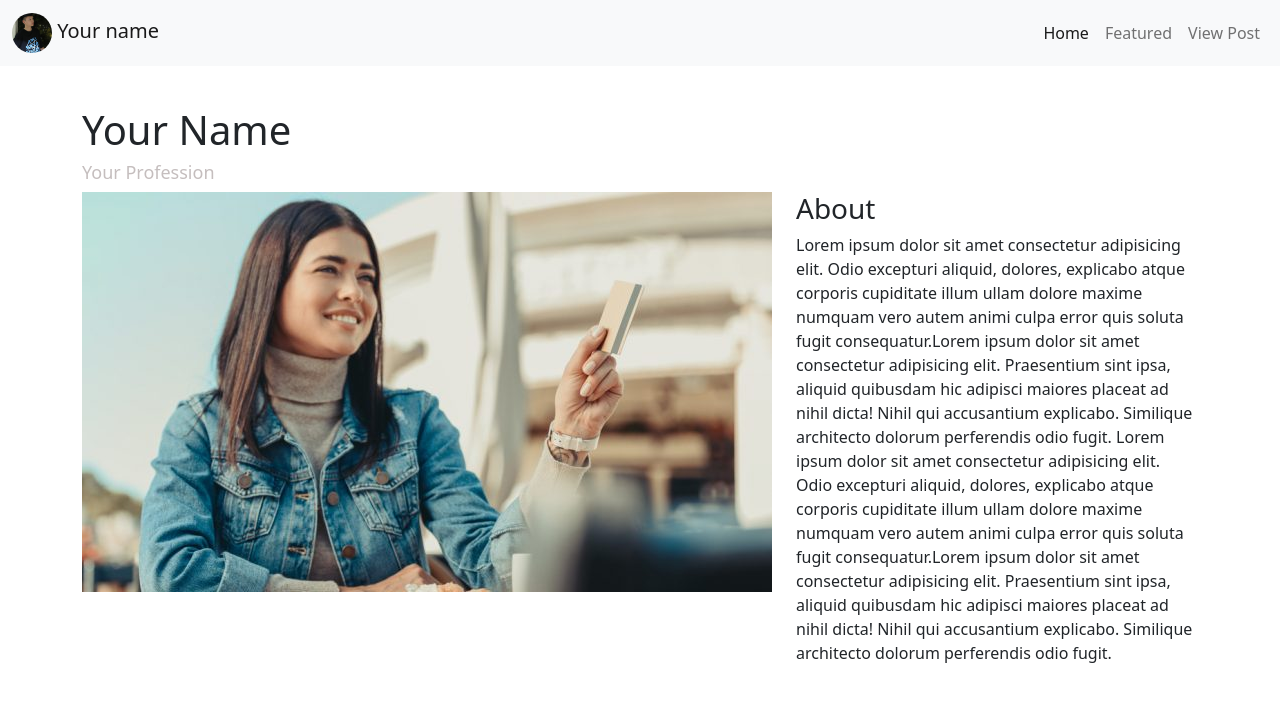
Repository: nvt01/72_1951061106_NgoVanTung
Page: BaiTh1/index.html
An editor plug-in stored every save of this project. The page is shown before and after the next save, followed by the edit.
The browser window is 1280 px wide. The pictures show the whole page.

Above is the page before, as saved 2021-11-30 22:09:17.

### BaiTh1/index.html
<!DOCTYPE html>
<html lang="en">
<head>
    <meta charset="UTF-8">
    <meta http-equiv="X-UA-Compatible" content="IE=edge">
    <meta name="viewport" content="width=device-width, initial-scale=1.0">
    <title>Blog</title>
    <link rel="stylesheet" href="style.css">
    <!-- CSS only -->
    <link href="https://cdn.jsdelivr.net/npm/bootstrap@5.1.3/dist/css/bootstrap.min.css" rel="stylesheet" integrity="sha384-1BmE4kWBq78iYhFldvKuhfTAU6auU8tT94WrHftjDbrCEXSU1oBoqyl2QvZ6jIW3" crossorigin="anonymous">
</head>
<body>
    <div class="menu">
        <nav class="navbar navbar-expand-lg navbar-light bg-light">
            <div class="container-fluid">
                <a class="navbar-brand" href="#">
                    <img class="nav-img" src="./img/avatar.JPG" alt="">
                    Your name
                </a>
                <button class="navbar-toggler" type="button" data-bs-toggle="collapse" data-bs-target="#navbarSupportedContent" aria-controls="navbarSupportedContent" aria-expanded="false" aria-label="Toggle navigation">
                    <span class="navbar-toggler-icon"></span>
                </button>
                <div class=" collapse navbar-collapse" id="navbarSupportedContent">
                    <ul class="navbar-nav me-auto mb-2 mb-lg-0">
                        <li class="nav-item">
                            <a class="nav-link active" aria-current="page" href="#">Home</a>
                        </li>
                        <li class="nav-item">
                            <a class="nav-link" href="#">Featured</a>
                        </li>
                        <li class="nav-item">
                            <a class="nav-link" href="#">View Post</a>
                        </li>
                    </ul>
                </div>
            </div>
        </nav>
    </div>
    <div class="container">
        <div class="row">
            <h1 class="h1">Your Name</h1>
            <h3 class="h3">Your Profession</h3>
            <div class="col">
                <img src="./img/img1.jpeg" alt="">
            </div>
            <div class="col">
                <h3>About</h3>
                <span>Lorem ipsum dolor sit amet consectetur adipisicing elit. Odio excepturi aliquid, dolores, explicabo atque corporis cupiditate illum ullam dolore maxime numquam vero autem animi culpa error quis soluta fugit consequatur.Lorem ipsum dolor sit amet consectetur adipisicing elit. Praesentium sint ipsa, aliquid quibusdam hic adipisci maiores placeat ad nihil dicta! Nihil qui accusantium explicabo. Similique architecto dolorum perferendis odio fugit. Lorem ipsum dolor sit amet consectetur adipisicing elit. Odio excepturi aliquid, dolores, explicabo atque corporis cupiditate illum ullam dolore maxime numquam vero autem animi culpa error quis soluta fugit consequatur.Lorem ipsum dolor sit amet consectetur adipisicing elit. Praesentium sint ipsa, aliquid quibusdam hic adipisci maiores placeat ad nihil dicta! Nihil qui accusantium explicabo. Similique architecto dolorum perferendis odio fugit.</span>
            </div>
        </div>
    </div>
</body>
</html>

### BaiTh1/style.css
* {
    margin: 0;
    padding: 0;
    box-sizing: border-box;
}

:root {
    -text--color: #fafafa;
}

.navbar {
    margin-bottom: 40px;
}

.nav-img {
    width: 40px;
    height: 40px;
    border-radius: 50%;
    object-fit: cover;
}

.container-fluid .navbar-collapse {
    flex-grow: 0;
}
.container .h1 {
    font-weight: 400;
}
.container .h3 {
    color: rgb(197, 190, 190);
    font-size: 18px;
}

After the next save:
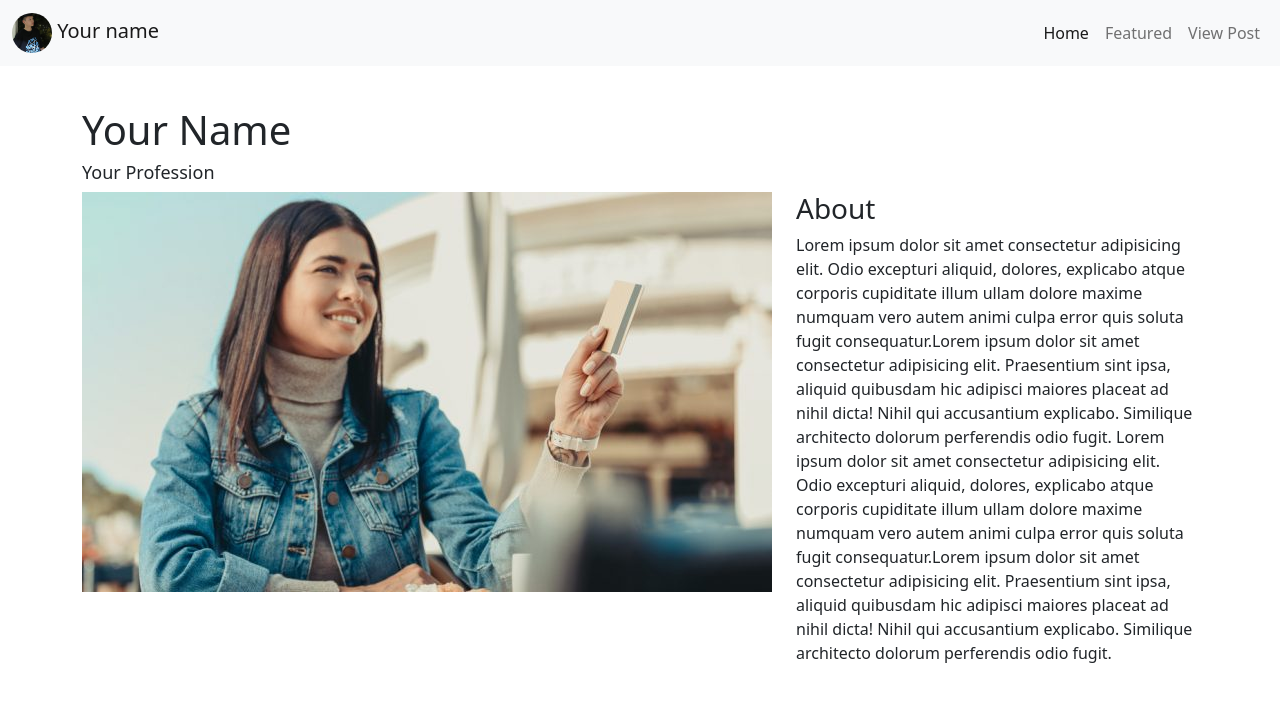
Saved 21 s later.
--- a/BaiTh1/style.css
+++ b/BaiTh1/style.css
@@ -26,6 +26,6 @@
     font-weight: 400;
 }
 .container .h3 {
-    color: rgb(197, 190, 190);
+    color: var(-text--color);
     font-size: 18px;
 }
